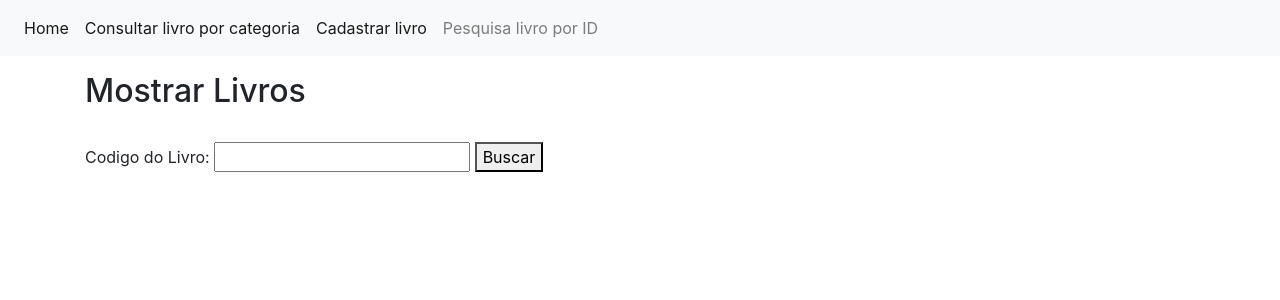
Repository: SrtaVerdant/projeto-livraria
Page: http://localhost/ProjetoLivraria/pesquisaLivroPorId.jsp
An editor plug-in stored every save of this project. The page is shown before and after the next save, followed by the edit.
The browser window is 1280 px wide. The pictures show the whole page.
Some web libraries are served in a nearby version. The page is served by Tomcat 9. Other server files are loaded and not shown.

Above is the page before, as saved 2022-10-30 15:17:04.

### ProjetoLivraria/src/main/webapp/pesquisaLivroPorId.jsp
<%@ page language="java" contentType="text/html; charset=UTF-8"
    pageEncoding="UTF-8"%>
<!DOCTYPE html>
<html>
	<head>
		<meta charset="UTF-8">
		<title>Pesquisar por ID</title>
		<link rel="stylesheet" href="https://cdn.jsdelivr.net/npm/bootstrap@4.0.0/dist/css/bootstrap.min.css" integrity="sha384-Gn5384xqQ1aoWXA+058RXPxPg6fy4IWvTNh0E263XmFcJlSAwiGgFAW/dAiS6JXm" crossorigin="anonymous">
		<script src="https://code.jquery.com/jquery-3.2.1.slim.min.js" integrity="sha384-KJ3o2DKtIkvYIK3UENzmM7KCkRr/rE9/Qpg6aAZGJwFDMVNA/GpGFF93hXpG5KkN" crossorigin="anonymous"></script>
		<script src="https://cdn.jsdelivr.net/npm/popper.js@1.12.9/dist/umd/popper.min.js" integrity="sha384-ApNbgh9B+Y1QKtv3Rn7W3mgPxhU9K/ScQsAP7hUibX39j7fakFPskvXusvfa0b4Q" crossorigin="anonymous"></script>
		<script src="https://cdn.jsdelivr.net/npm/bootstrap@4.0.0/dist/js/bootstrap.min.js" integrity="sha384-JZR6Spejh4U02d8jOt6vLEHfe/JQGiRRSQQxSfFWpi1MquVdAyjUar5+76PVCmYl" crossorigin="anonymous"></script>
	</head>

	<body>

	<nav class="navbar navbar-expand-lg navbar-light bg-light">
	  <div class="collapse navbar-collapse" id="navbarNav">
	    <ul class="navbar-nav">
	     <li class="nav-item active">
	        <a class="nav-link" href="index.jsp">Home</a>
	      </li>
	   		<li class="nav-item active">
	        <a class="nav-link" href="consultar.jsp">Consultar livro por categoria</a>
	      </li>
	      <li class="nav-item active">
	        <a class="nav-link" href="adicionar.jsp">Cadastrar livro</a>
	      </li>
	      <li class="nav-item">
	        <a class="nav-link" href="#">Pesquisa livro por ID</a>
	      </li>
	    </ul>
	  </div>
	</nav>

	<div class="container mt-3">
		<h2> Mostrar Livros</h2><br>

		<label> Codigo do Livro:</label>
		<input type="number" name="codlivro" onkeypress="return somenteNumeros(event)">
		<a href="livroPorId.jsp"><button type="submit">Buscar</button></a>
	</div>

	</body>

	<script type="text/javascript">
		function somenteNumeros(e) {
		    var charCode = e.charCode ? e.charCode : e.keyCode;
		    if (charCode != 8 && charCode != 9) {
		        if (charCode < 48 || charCode > 57) {
		            return false;
		        }
		    }
		}
	</script>
</html>

After the next save:
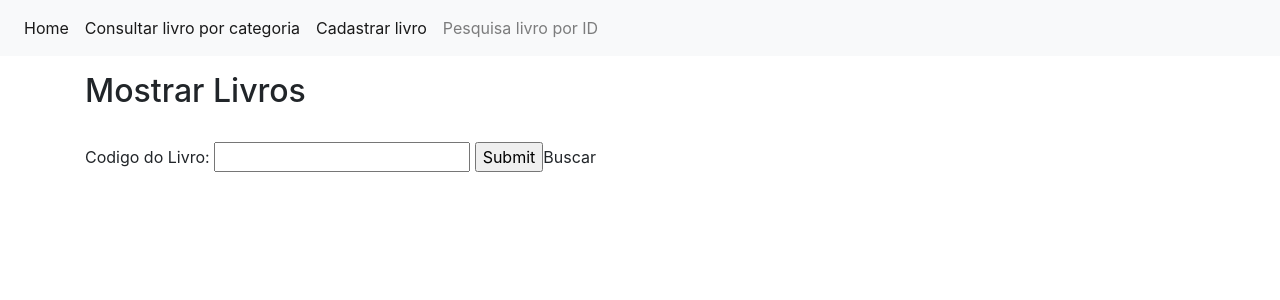
Saved 65 s later.
--- a/ProjetoLivraria/src/main/webapp/pesquisaLivroPorId.jsp
+++ b/ProjetoLivraria/src/main/webapp/pesquisaLivroPorId.jsp
@@ -37,7 +37,7 @@
 
 		<label> Codigo do Livro:</label>
 		<input type="number" name="codlivro" onkeypress="return somenteNumeros(event)">
-		<a href="livroPorId.jsp"><button type="submit">Buscar</button></a>
+		<input type="submit">Buscar</button>
 	</div>
 
 	</body>
